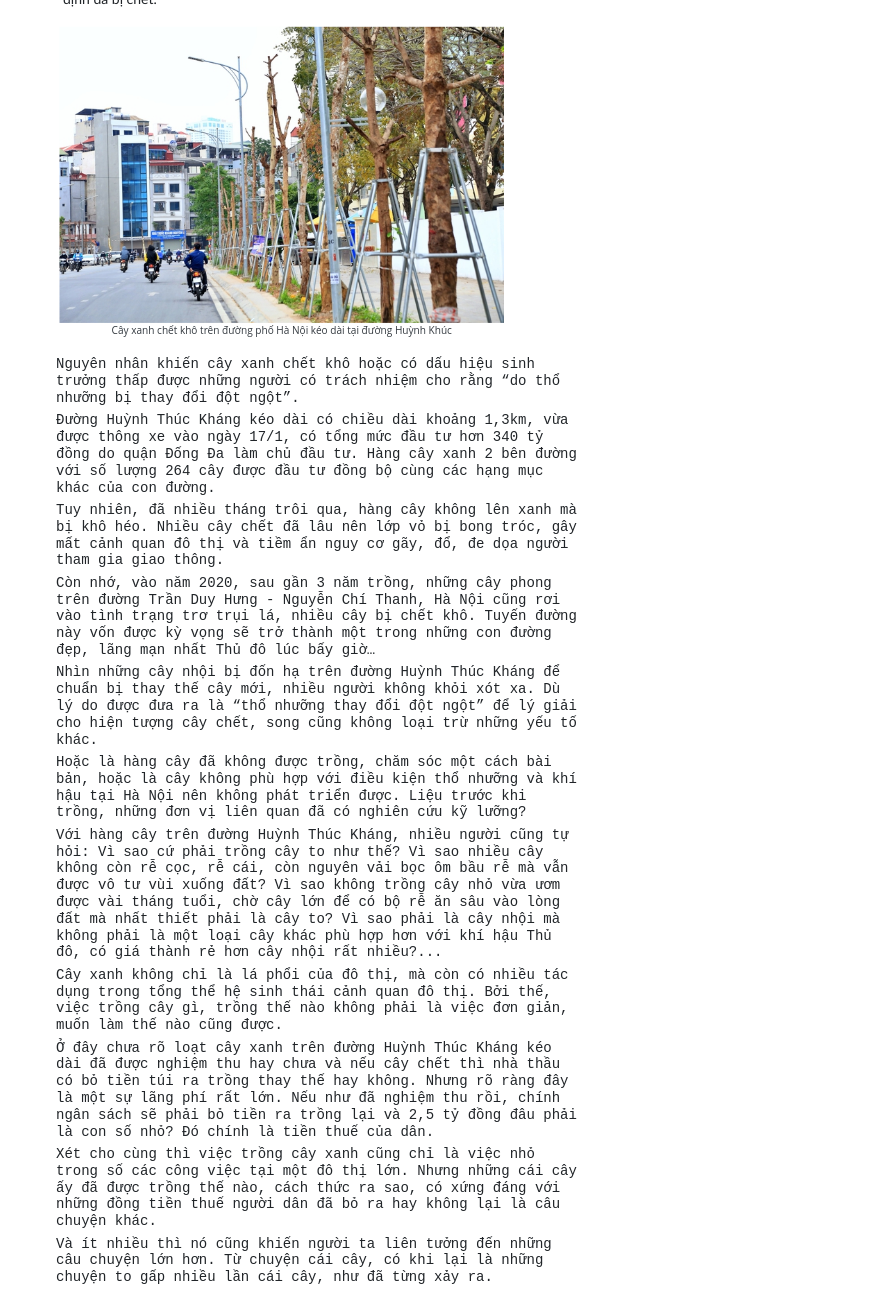
Repository: TRITO719/18_TrinhQuocToan_20081631
Page: So37/html/caykho.html
These files come from the project's save history. The page is drawn as it stood at one moment and after the next save; the edit follows.
The browser window is 1280 px wide. The pictures show the part of the page from y = 885 to 2805 px (the page is 2741 px tall before and 2805 px after), at 70% of full size.

Above is the page before, as saved 2023-04-19 12:55:38.

After the next save:
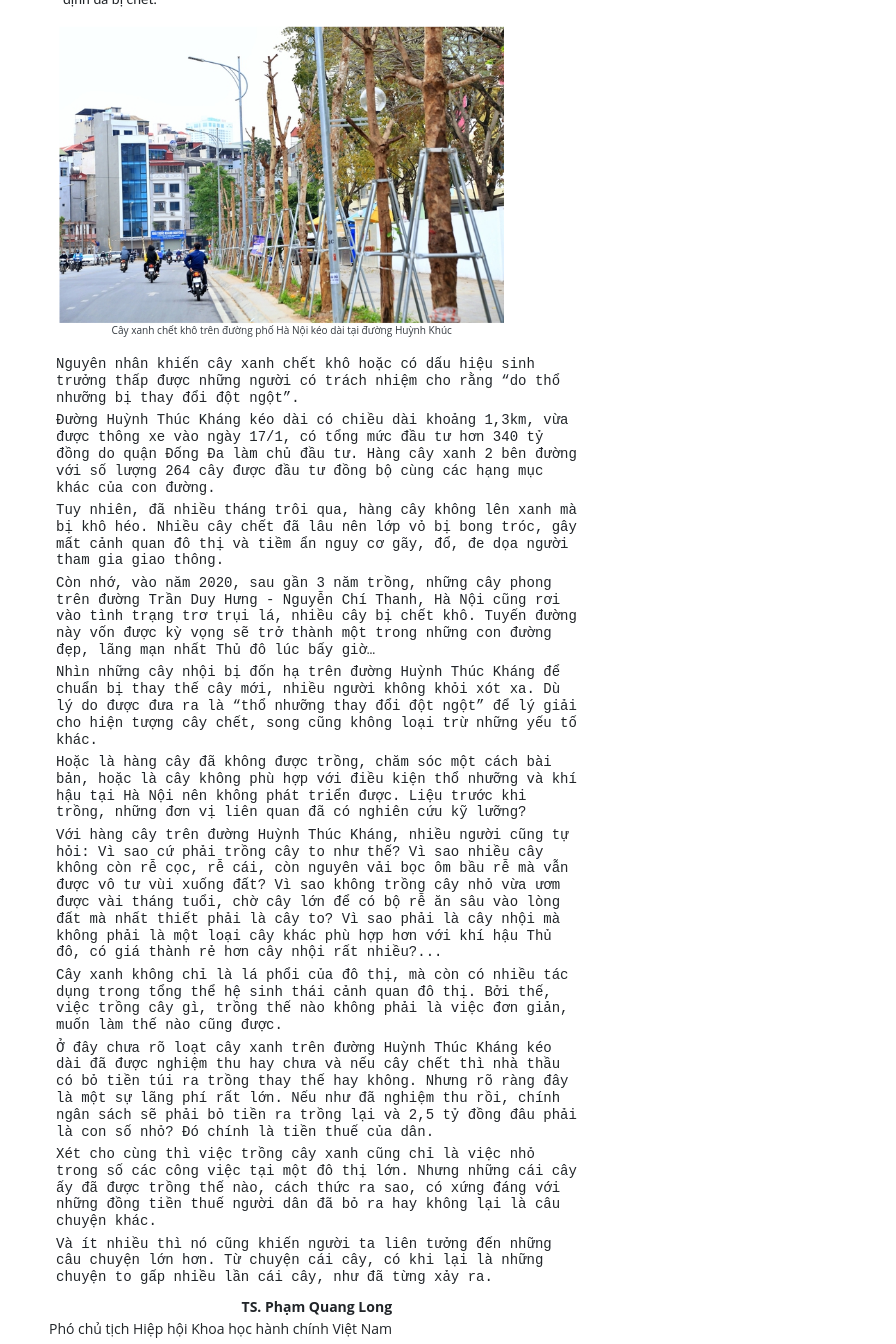
Saved 64 s later.
--- a/So37/html/caykho.html
+++ b/So37/html/caykho.html
@@ -150,6 +150,12 @@
                 </h5>
             </div>
             <div class="text-right">
+                <h5 class="font-weight-bold">
+                    TS. Phạm Quang Long
+                </h5>
+                <h5>
+                    Phó chủ tịch Hiệp hội Khoa học hành chính Việt Nam
+                </h5>
 
             </div>
 
